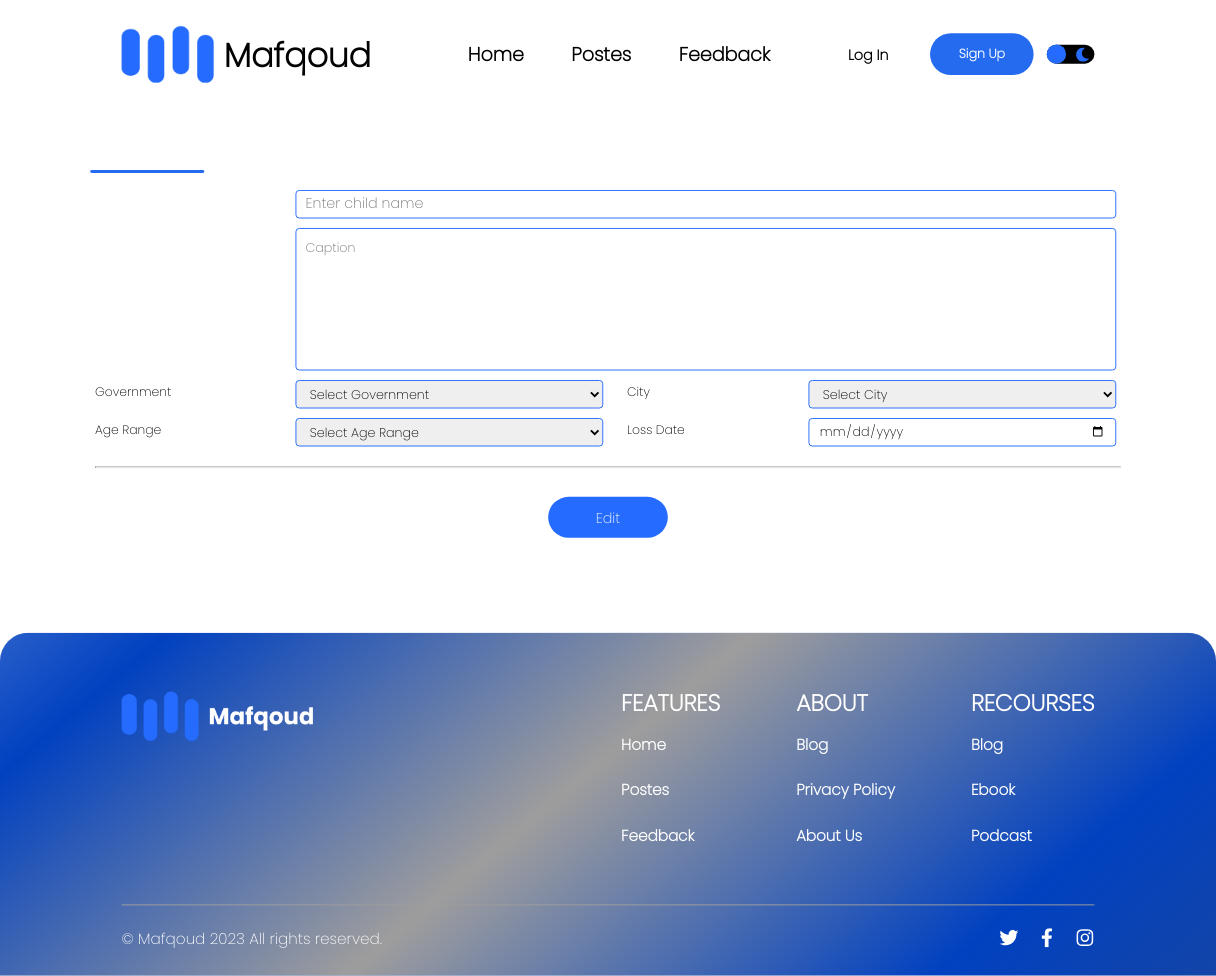
Repository: MohamedMahmoud41/Mafqoud
Page: /editPost (app in Mafqoud/)
These files come from the project's save history. The page is drawn as it stood at one moment and after the next save; the edit follows.
The browser window is 1280 px wide. The pictures show the whole page, at 95% of full size.
The project was rebuilt for these pictures with package versions that can differ from the ones it lists, and the page was loaded fresh each time. Also part of the build but not shown: Mafqoud/src/components/forms/postForm/CreatePost.jsx, Mafqoud/src/components/home/Hero/hero.css, Mafqoud/src/components/home/Hero/Hero.jsx, Mafqoud/src/components/home/features/features.css, Mafqoud/src/components/home/features/Features.jsx, Mafqoud/src/components/home/services/services.css, Mafqoud/src/components/home/services/Services.jsx, Mafqoud/src/components/home/Home.jsx and 14 more. Imported but missing from the stored project, and not drawn on this page: Mafqoud/src/components/post/CreatPost.

Above is the page before, as saved 2023-06-30 22:41:06.

### Mafqoud/public/index.html
<!DOCTYPE html>
<html lang="en">
  <head>
    <meta charset="utf-8" />
    <link rel="icon" href="./images/Group_2.png" />
    <meta name="viewport" content="width=device-width, initial-scale=1" />
    <meta name="theme-color" content="#000000" />
    <meta
      name="description"
      content="Web site created using create-react-app"
    />
    <link rel="apple-touch-icon" href="%PUBLIC_URL%/logo192.png" />
    <link
      rel="stylesheet"
      href="https://cdnjs.cloudflare.com/ajax/libs/font-awesome/6.4.0/css/all.min.css"
      integrity="sha512-iecdLmaskl7CVkqkXNQ/ZH/XLlvWZOJyj7Yy7tcenmpD1ypASozpmT/E0iPtmFIB46ZmdtAc9eNBvH0H/ZpiBw=="
      crossorigin="anonymous"
      referrerpolicy="no-referrer"
    />

    <title>Mafqoud</title>
  </head>
  <body>
    <noscript>You need to enable JavaScript to run this app.</noscript>
    <div id="root"></div>
  </body>
</html>

### Mafqoud/src/App.css
@import url("https://fonts.googleapis.com/css2?family=Poppins:wght@100;200&display=swap");

* {
  padding: 0;
  margin: 0;
  box-sizing: border-box;
  font-family: "Poppins";
}
html {
  font-size: 62.5%;
}
body {
  font-family: "Lora", serif;
  background-color: #fff;
  overflow-x: hidden;
}
::-webkit-scrollbar {
  width: 0.6rem;
}
::-webkit-scrollbar-track {
  background-color: transparent;
}
::-webkit-scrollbar-thumb {
  background-color: #246bef;
  border-bottom-right-radius: 1rem;
  border-bottom-left-radius: 1rem;
  transition: all 0.3s;
}
::-webkit-scrollbar-thumb:hover {
  background-color: #2060d7;
}
.container {
  max-width: 80%;
  margin: auto;
}

.flex {
  display: flex;

  align-items: center;
}
.row {
  display: flex;
}
.align-items {
  align-items: center;
}
.justify-content {
  justify-content: space-between;
}
.gap-10 {
  gap: 1rem;
}
a {
  text-decoration: none;
  color: #000;
  text-transform: capitalize;
}
ul {
  list-style-type: none;
}
button {
  border-radius: 8rem;
  padding: 1.2rem 3rem;
  background-color: #246bef;
  border: none;
  color: #fff;
  cursor: pointer;
  font-weight: bold;
  text-transform: capitalize;
}
.hero,
footer {
  background-image: linear-gradient(
    140deg,
    #ffffff8a,
    #0000,
    #9e9d9d,
    #0000,
    #26488d,
    #0000,
    #9e9d9d,
    #2053b9,
    #0000,
    #9e9d9d
  );
  background-size: 400%, 400%;
  animation: change 60s ease-in-out infinite;
}
@keyframes change {
  0% {
    background-position: 0% 40%;
    /* border-radius: 7%; */
  }
  5% {
    background-position: 50% 10%;
  }
  10% {
    background-position: 10% 35%;
  }
  15% {
    background-position: 15% 65%;
  }
  20% {
    background-position: 40% 10%;
  }
  25% {
    background-position: 38% 71%;
  }
  30% {
    background-position: 35% 90%;
  }
  35% {
    background-position: 65% 31%;
  }
  40% {
    background-position: 100% 50%;
  }
  45% {
    background-position: 98% 1%;
  }
  50% {
    background-position: 0% 50%;
    /* border-radius: 0%;  */
  }
  55% {
    background-position: 48% 21%;
  }
  60% {
    background-position: 75% 5%;
  }
  65% {
    background-position: 0% 100%;
  }
  70% {
    background-position: 40% 95%;
  }
  75% {
    background-position: 53% 86%;
  }
  80% {
    background-position: 100% 0%;
  }
  85% {
    background-position: 74% 70%;
  }
  90% {
    background-position: 17% 91%;
  }
  95% {
    background-position: 50% 0%;
  }
  100% {
    background-position: 0% 40%;
    /* border-radius: 7%;  */
  }
}

### Mafqoud/src/components/Pages/Pages.jsx
import React from "react";
import { BrowserRouter as Router, Switch, Route } from "react-router-dom";
import Home from "../home/Home";
import Footer from "../common/footer/Footer";
import Services from "../Services/Services";
import Header from "../common/header/Header";
import Feedback from "../feedback/feedback";
import EditPost from "../editPost/editPost";
import MyPosts from "../myPosts/myPosts";
import ValidPost from "../validPost/validPost";

const Pages = () => {
  return (
    <>
      <Router>
        <Header />
        <Switch>
          <Route exact path="/" component={Home} />
          <Route exact path="/Services" component={Services} />
          <Route exact path="/Feedback" component={Feedback} />
          <Route exact path="/editPost" component={EditPost} />
          <Route exact path="/myPosts" component={MyPosts} />
          <Route exact path="/validPost" component={ValidPost} />
        </Switch>
        <Footer />
      </Router>
    </>
  );
};

export default Pages;

### Mafqoud/src/components/common/footer/Footer.jsx
import React from "react";
import "./footer.css";
import { footer } from "../../data/Data";

import { FaTwitter } from "react-icons/fa";
import { FaFacebookF } from "react-icons/fa";
import { FaInstagram } from "react-icons/fa";
import { FaGoogle } from "react-icons/fa";
import { FaGooglePlay } from "react-icons/fa";

function Footer() {
  const handleIconClick = (url) => {
    window.open(url, "_blank"); // Opens the URL in a new tab
  };
  const GoogleMailIconClick = () => {
    const email = "mafqoudmafqoud@gmail.com";
    const subject = "Hello";
    const body = "I'm interested in your services.";

    const mailtoUrl = `mailto:${email}?subject=${encodeURIComponent(
      subject
    )}&body=${encodeURIComponent(body)}`;
    window.location.href = mailtoUrl;
  };

  return (
    <>
      <footer>
        <div className="container">
          <div className="row justify-content topfooter">
            <div className="footer-logo footer-rightside">
              <a href="/">
                <img src="./images/Horizontal_logo.png" alt="logo" />
              </a>
            </div>

            <div className="row justify-content gap-80 footer-leftside">
              {footer.map((val, index) => (
                <div className="box" key={index}>
                  <h3>{val.title}</h3>
                  <ul>
                    {val.text.map((items, index) => (
                      <li key={index}>
                        <a href={items.path}>{items.list}</a>
                      </li>
                    ))}
                  </ul>
                </div>
              ))}
            </div>
          </div>

          <div className="row justify-content downfooter">
            <div className="copyright">
              <p>© Mafqoud 2023 All rights reserved.</p>
            </div>
            <div className="social row gap-20 ">
              <FaTwitter
                className="icons"
                onClick={() =>
                  handleIconClick("https://twitter.com/mafqoud28494")
                }
              />
              <FaFacebookF
                className="icons"
                onClick={() =>
                  handleIconClick(
                    "https://www.facebook.com/profile.php?id=100093381713324"
                  )
                }
              />
              <FaInstagram
                className="icons"
                onClick={() =>
                  handleIconClick("https://z-p15.www.instagram.com/mafqoud004/")
                }
              />
            </div>
          </div>
          {/* <div className="upbutton">
            <i class="fa-solid fa-angles-up"></i>
          </div> */}
        </div>
      </footer>
    </>
  );
}

export default Footer;

### Mafqoud/src/components/editPost/editPost.jsx
import React, { useState, useEffect } from "react";
import axios from "axios";
import "react-toastify/dist/ReactToastify.css";
import "./editPost.css";
import { ageRange, cities, Government } from "../data/Data";

function EditPost() {
  const [selectedGovernment, setSelectedGovernment] = useState("");
  const [selectedCity, setSelectedCity] = useState("");
  const [citiesByGovernment, setCitiesByGovernment] = useState([]);
  const [childName, setChildName] = useState("");
  const [lossDate, setLossDate] = useState("");
  const [description, setDescription] = useState("");
  const [selectedAgeRange, setSelectedAgeRange] = useState("");
  const [postId, setPostId] = useState("");

  useEffect(() => {
    if (selectedGovernment) {
      const governmentCities = cities.find((governmentData) =>
        governmentData.hasOwnProperty(selectedGovernment)
      );
      if (governmentCities) {
        setCitiesByGovernment(governmentCities[selectedGovernment]);
        setSelectedCity("");
      }
    }
  }, [selectedGovernment]);

  const handleGovernmentChange = (event) => {
    setSelectedGovernment(event.target.value);
  };

  const handleCityChange = (event) => {
    setSelectedCity(event.target.value);
  };

  const handleAgeRangeChange = (event) => {
    setSelectedAgeRange(event.target.value);
  };

  useEffect(() => {
    const searchParams = new URLSearchParams(window.location.search);
    const postId = searchParams.get("id"); // Extract the value of the "id" parameter

    setPostId(postId);
  }, []);

  const handleSubmit = (event) => {
    event.preventDefault();
    const token = localStorage.getItem("token");
    const apiUrl = `https://api-3000.mafqoud.site/posts/${postId}`;

    const formData = {
      childName: childName,
      ageRange: selectedAgeRange,
      governerate: selectedGovernment,
      town: selectedCity,
      lossDate: lossDate,
      description: description,
      status: "found", // You may modify this as needed
    };

    axios
      .put(apiUrl, formData, {
        headers: {
          "Content-Type": "application/json",
          Authorization: `Bearer ${token}`, // Replace token with the actual token value
        },
      })
      .then(() => {
        // Handle successful update if needed
        alert("Edit successfully ");
      })
      .catch(() => {
        // Handle update error if needed
        // console.error("Error updating post:", error);
        alert("Error updating post ");
      });
  };

  return (
    <>
      <div className="EditPost">
        <h2 className="CreatPostTitle">
          <i className="fa-solid fa-file-pen"></i> Edit Post
        </h2>
        <form onSubmit={handleSubmit} id="apiForm" className="CreatPostForm">
          <div className="FormContainer">
            <label htmlFor="name" className="LabelForm">
              Child Name
            </label>
            <input
              type="text"
              id="childName"
              rows={4}
              name="name"
              placeholder="Enter child name"
              className="InputForm"
              value={childName}
              onChange={(e) => setChildName(e.target.value)}
            />
          </div>
          <div className="FormContainer">
            <label htmlFor="caption" className="LabelForm zero">
              Add Caption
            </label>
            <textarea
              type="text"
              id="caption"
              name="caption"
              placeholder="Caption"
              value={description}
              onChange={(e) => setDescription(e.target.value)}
              required
              className="InputForm CaptionHeight"
            />
          </div>
          <div className="data_container">
            <div className="data_container-grid">
              <label htmlFor="government" className="LabelForm-grid">
                Government
              </label>
              <select
                id="government"
                name="government"
                value={selectedGovernment}
                onChange={handleGovernmentChange}
                className="InputForm-grid"
              >
                <option value="">Select Government</option>
                <option value="cairo">Cairo</option>
                <option value="sharqia">Sharqia</option>
                <option value="giza">Giza</option>
              </select>
            </div>
            <div className="data_container-grid">
              <label htmlFor="city" className="LabelForm-grid fix-label">
                City
              </label>
              <select
                id="city"
                name="city"
                value={selectedCity}
                onChange={handleCityChange}
                className="InputForm-grid"
              >
                <option value="">Select City</option>
                <option value="nasr city">Nasr City</option>
                <option value="10th of ramadan">10th of Ramadan</option>
                <option value="alex">alex</option>
              </select>
            </div>
            <div className="data_container-grid">
              <label htmlFor="ageRange" className="LabelForm-grid">
                Age Range
              </label>
              <select
                id="ageRange"
                name="ageRange"
                value={selectedAgeRange}
                onChange={(e) => setSelectedAgeRange(e.target.value)}
                className="InputForm-grid"
              >
                <option value="">Select Age Range</option>
                <option value="1-3">1-3</option>
                <option value="4-6">4-6</option>
                <option value="7-9">7-9</option>
                <option value="10-12">10-12</option>
              </select>
            </div>
            <div className="data_container-grid">
              <label htmlFor="lossDate" className="LabelForm-grid fix-label">
                Loss Date
              </label>
              <input
                type="date"
                id="lossDate"
                name="lossDate"
                className="InputForm-grid"
                value={lossDate}
                onChange={(e) => setLossDate(e.target.value)}
              />
            </div>
          </div>

          <br />
          <hr />
          <div className="FormButtons">
            <button type="submit" className="ButtonForm">
              Edit
            </button>
          </div>
        </form>
      </div>
    </>
  );
}

export default EditPost;

### Mafqoud/src/components/Services/posters/posters.css
html {
  scroll-behavior: smooth;
}
/* Section style */
.postes-section {
  padding: 10rem;
  padding-top: 15rem;
}
/* most recent style */
.most-recent {
  position: relative;
  font-size: 2.5rem;
  color: #246bef;
}
.most-recent::after {
  position: absolute;
  content: "";
  background-color: #246bef;
  width: 18.4rem;
  height: 0.3rem;
  bottom: -8%;
  left: 0%;
}
/* post style */
.post {
  display: flex;
  background-color: #f1f1f1;
  width: 100%;
  margin: 5rem 0;
  border: solid 0.2rem #246bef;
  border-radius: 1.5rem;
  justify-content: space-between;
  overflow: hidden;
}
/* post content */
.poster-content {
  display: flex;
  width: 100%;
  padding: 1rem;
  justify-content: space-between;
}
.poster_handel {
  display: flex;
  width: 100%;
}

/* poster logo */
.poster-logo-container {
  max-width: 12rem;
  max-height: 12rem;
}
.poster-logo {
  max-width: 14rem;
  max-height: 14rem;
  margin-top: -1.8rem;
  margin-right: -3.5rem;
}
.poster-logo:hover {
  cursor: pointer;
  scale: 1.1;
}
/* Poster Date */
.poster-date {
  font-size: 1rem;
  font-weight: 500;
}
/* poster detiails */
.poster-details {
  width: 65%;
}
.poster-details > p,
.post_info > p {
  color: #000;
}
/* poster name */
.poster-name {
  margin-top: 3rem;
  font-size: 1rem;
}
/* post details styling */
.loster-details {
  font-size: 1.5rem;
  margin: 3rem 0rem;
  text-align: left;
  position: relative;
}
.loster-details::after {
  content: "";
  position: absolute;
  bottom: -2.5rem;
  left: 0rem;
  height: 0.05rem;
  width: 100%;
  background-color: #246bef;
}
.child-name_div {
  font-size: 1.4rem;
  font-weight: 600;
  color: #246bef;
}
.child-name {
  color: #000;
}
.poster-description {
  margin-left: 2rem;
}
/* Handel post info */
.post_info {
  display: grid;
  grid-template-columns: 1fr 1fr 1fr;
  grid-template-rows: 1fr 1fr;
}
/* Child Status */
.loster-Status {
  font-size: 1rem;
  font-weight: 600;
}
.status-tag {
  color: #246bef;
  margin-left: 0.3rem;
  font-weight: 500;
}
/* Age Range */
.loster-ageRange {
  font-size: 1rem;
  font-weight: 600;
}
.ageRange-tag {
  color: #246bef;
  margin-left: 0.3rem;
  font-weight: 500;
}
/* Loss Date */
.loster-lossDate {
  font-size: 1rem;
  font-weight: 600;
}
.lossDate-tag {
  color: #246bef;
  margin-left: 0.3rem;
  font-weight: 500;
}
/* location */
.loster-location {
  font-size: 1rem;
  font-weight: 600;
}
.location-tag {
  color: #246bef;
  margin-left: 0.3rem;
  font-weight: 500;
}
.loster-Email {
  font-size: 1rem;
  font-weight: 600;
  margin-top: 0.5rem;
}
.email-tag {
  color: #246bef;
  font-weight: 500;
  margin-left: 0.3rem;
}
.loster-Phone {
  font-size: 1rem;
  font-weight: 600;
  margin-top: 0.5rem;
}
.phone-tag {
  color: #246bef;
  font-weight: 500;
  margin-left: 0.3rem;
}
/* loster photo styling */
.loster-photo-container {
  display: flex;
  background-color: #fff;
  border-radius: 1.2rem;
  overflow: hidden;
  justify-content: center;
  align-self: center;
}
.loster-photo {
  max-height: 20rem;
  scale: 1.8;
}
/**/
.page-numbers-container {
  margin-top: 2rem;
  text-align: center;
}

.page-number {
  display: inline-block;
  font-size: 1.5rem;
  padding: 0.8rem;
  cursor: pointer;
  border-radius: 1.2rem;
  font-weight: 600;
  margin-bottom: 1rem;
}
.page-number:hover,
.page-number.active {
  background-color: #333;
  color: #fff;
}
.current_page_number {
  font-size: 1.5rem;
  font-weight: 700;
  color: #246bef;
  margin: 0 1.2rem;
}
.filter {
  position: relative;
  padding: 1rem;
  margin-left: 3rem;
}
.filter-age,
.filter-government,
.filter-city,
.filter-lossdate,
.filter-status {
  font-weight: bold;
  padding: 1rem;
  text-align: center;
  justify-content: center;
  padding-left: 2rem;
  padding-right: 2rem;
  margin: 1.2rem;
  color: #000;
  background-color: #fff;
  border-radius: 1.1rem;
  border-color: rgb(173, 152, 124);
}

/**/
.poster_create_btn {
  display: flex;
  justify-content: right;
}
/* loading */
.loading {
  position: absolute;
  right: 48%;
  color: #246bef;
  font-size: 3rem;
  transition: all 0.3s ease-in-out;
}

Loaded but not shown: Mafqoud/src/index.js (common file); Mafqoud/src/components/data/Data.js (129 lines, source omitted); Mafqoud/src/App.js (8 lines, source omitted); Mafqoud/src/components/common/header/header.css (690 lines, source omitted); Mafqoud/src/components/forms/postForm/CreatePost.css (507 lines, source omitted); Mafqoud/src/components/editPost/editPost.css (430 lines, source omitted); Mafqoud/src/components/common/header/Header.jsx (222 lines, source omitted); Mafqoud/src/components/common/footer/footer.css (379 lines, source omitted); Mafqoud/src/components/validPost/validPost.css (no stored copy; drawn as an empty file)

After the next save:
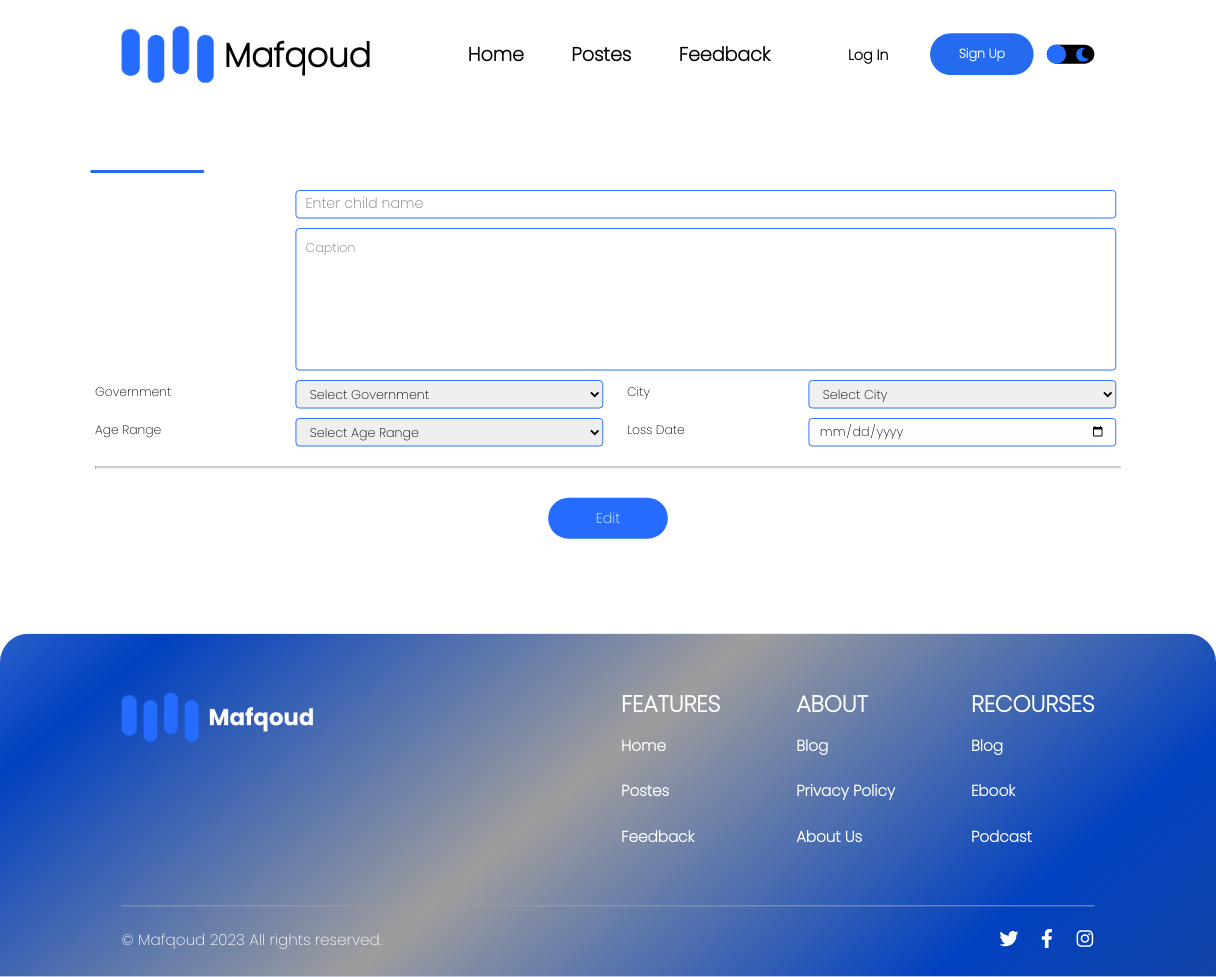
Saved 23 s later.
--- a/Mafqoud/src/components/editPost/editPost.jsx
+++ b/Mafqoud/src/components/editPost/editPost.jsx
@@ -184,7 +184,7 @@ function EditPost() {
           </div>
 
           <br />
-          <hr />
+          <hr className="line" />
           <div className="FormButtons">
             <button type="submit" className="ButtonForm">
               Edit
